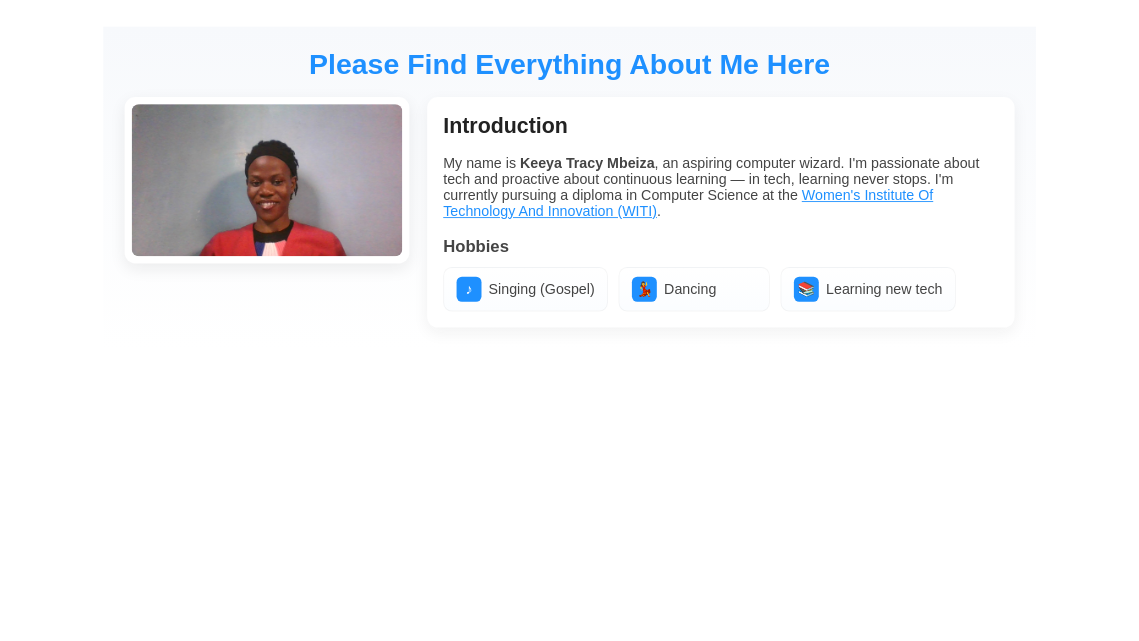
Repository: tracykeeya/my_first_web
Page: index.html
An editor plug-in stored every save of this project. The page is shown before and after the next save, followed by the edit.
The browser window is 1280 px wide. The pictures show the whole page, at 89% of full size.

Above is the page before, as saved 2025-11-03 10:26:54.

### index.html
<!DOCTYPE html>
<html lang="en">
<head>
    <meta charset="UTF-8">
    <meta name="viewport" content="width=device-width, initial-scale=1.0">
    <title>My First Web Page</title>
    <!-- Inline-only CSS requirement: styles were moved to element attributes -->
</head>
<body>
    <div style="max-width:1000px;margin:30px auto;padding:24px;background:linear-gradient(180deg,#f7f9fc,#ffffff);font-family:Arial,Helvetica,sans-serif;color:#444;">
        <header>
            <h1 style="margin:0 0 18px 0;text-align:center;color:#1e90ff;font-size:32px;">Please Find Everything About Me Here</h1>
        </header>

        <section style="display:grid;grid-template-columns:320px 1fr;gap:20px;align-items:start;">
            <div style="background:#fff;border-radius:12px;padding:8px;box-shadow:0 6px 18px rgba(30,30,30,0.08);text-align:center;">
                <!-- local image file Tracy.jpg in the project root -->
                <img src="Tracy.jpg" alt="Tracy portrait" style="width:100%;height:auto;border-radius:8px;display:block;">
            </div>

            <div style="background:#fff;padding:18px;border-radius:12px;box-shadow:0 6px 18px rgba(30,30,30,0.06);">
                <h2 style="margin-top:0;color:#222;">Introduction</h2>
                <p>My name is <strong>Keeya Tracy Mbeiza</strong>, an aspiring computer wizard. I'm passionate about tech and proactive about continuous learning — in tech, learning never stops. I'm currently pursuing a diploma in Computer Science at the <a href="https://www.witi.ac.ug/" target="_blank" rel="noopener" style="color:#1e90ff;">Women's Institute Of Technology And Innovation (WITI)</a>.</p>

                <h3 style="margin-bottom:8px;">Hobbies</h3>
                <div aria-label="list of hobbies" style="margin-top:12px;display:flex;gap:12px;flex-wrap:wrap;">
                    <div style="background:linear-gradient(180deg,#fff,#fbfdff);border:1px solid rgba(0,0,0,0.04);padding:10px 14px;border-radius:10px;display:flex;gap:8px;align-items:center;min-width:140px;">
                        <span style="width:28px;height:28px;display:inline-grid;place-items:center;background:#1e90ff;color:white;border-radius:6px;font-weight:bold;">♪</span>
                        <span>Singing (Gospel)</span>
                    </div>

                    <div style="background:linear-gradient(180deg,#fff,#fbfdff);border:1px solid rgba(0,0,0,0.04);padding:10px 14px;border-radius:10px;display:flex;gap:8px;align-items:center;min-width:140px;">
                        <span style="width:28px;height:28px;display:inline-grid;place-items:center;background:#1e90ff;color:white;border-radius:6px;font-weight:bold;">💃</span>
                        <span>Dancing</span>
                    </div>

                    <div style="background:linear-gradient(180deg,#fff,#fbfdff);border:1px solid rgba(0,0,0,0.04);padding:10px 14px;border-radius:10px;display:flex;gap:8px;align-items:center;min-width:140px;">
                        <span style="width:28px;height:28px;display:inline-grid;place-items:center;background:#1e90ff;color:white;border-radius:6px;font-weight:bold;">📚</span>
                        <span>Learning new tech</span>
                    </div>
                </div>
            </div>
        </section>
    </div>

</body>
</html>

After the next save:
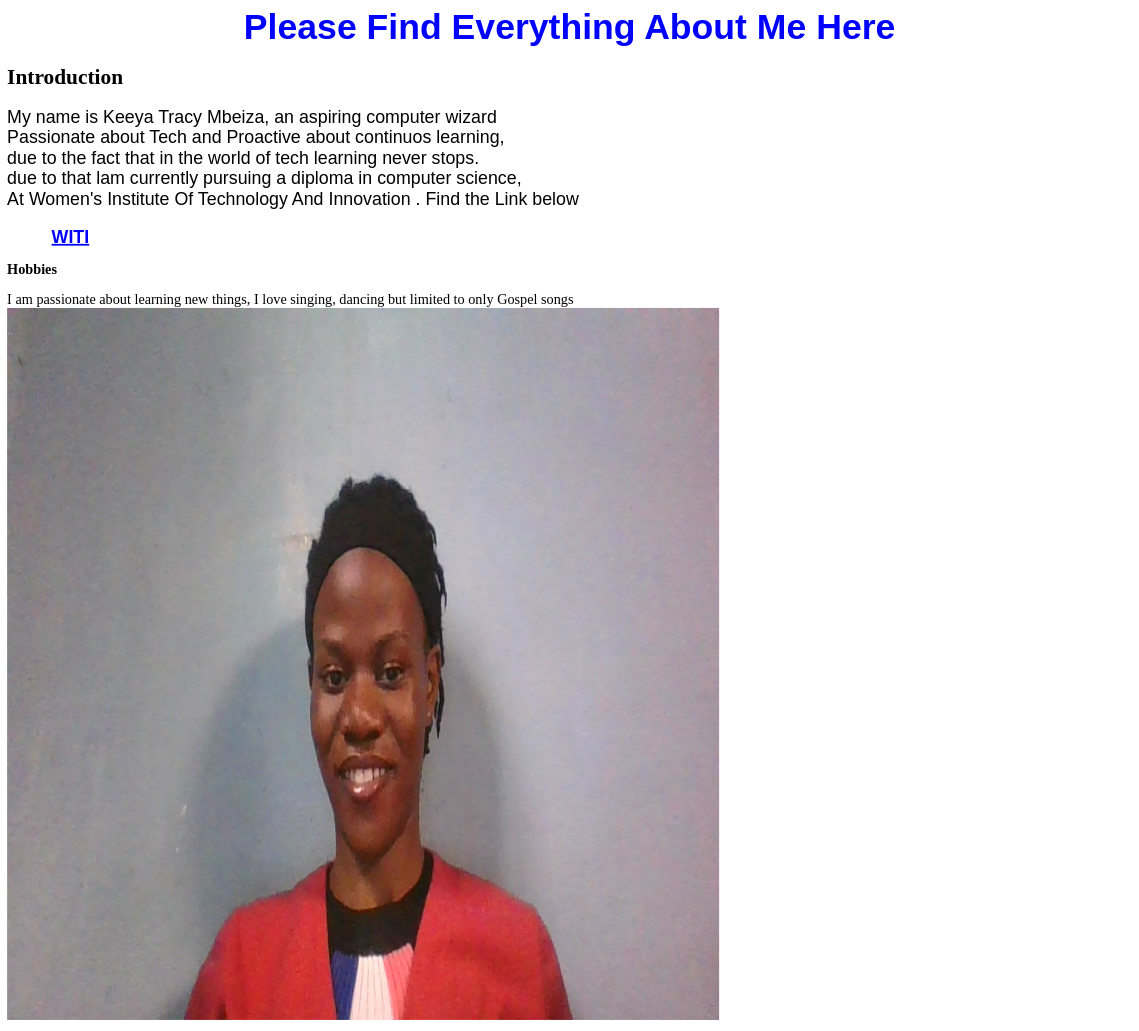
Saved 3 min 32 s later.
--- a/index.html
+++ b/index.html
@@ -4,44 +4,22 @@
     <meta charset="UTF-8">
     <meta name="viewport" content="width=device-width, initial-scale=1.0">
     <title>My First Web Page</title>
-    <!-- Inline-only CSS requirement: styles were moved to element attributes -->
 </head>
 <body>
-    <div style="max-width:1000px;margin:30px auto;padding:24px;background:linear-gradient(180deg,#f7f9fc,#ffffff);font-family:Arial,Helvetica,sans-serif;color:#444;">
-        <header>
-            <h1 style="margin:0 0 18px 0;text-align:center;color:#1e90ff;font-size:32px;">Please Find Everything About Me Here</h1>
-        </header>
+    <h1 style="margin: 0 auto; text-align: center; color: blue; font-size: 40px; font-family: Arial, Helvetica, sans-serif;">Please Find Everything About Me Here</h1>
+    <h2>Introduction</h2>
 
-        <section style="display:grid;grid-template-columns:320px 1fr;gap:20px;align-items:start;">
-            <div style="background:#fff;border-radius:12px;padding:8px;box-shadow:0 6px 18px rgba(30,30,30,0.08);text-align:center;">
-                <!-- local image file Tracy.jpg in the project root -->
-                <img src="Tracy.jpg" alt="Tracy portrait" style="width:100%;height:auto;border-radius:8px;display:block;">
-            </div>
+    <p style="font-size: 20px; font-family: Arial, Helvetica, sans-serif; text-align: left; color: rgb(0, 0, 0)">My name is Keeya Tracy Mbeiza, an aspiring computer wizard<br>Passionate about Tech and Proactive about continuos learning,<br> due to the fact that in the world of tech learning never stops.<br> due to that lam currently pursuing a diploma in computer science,<br>
+        At Women's Institute Of Technology And Innovation . Find the Link below </br></p>
+    <a href="https://www.witi.ac.ug/" style="position: relative; left: 50px; color: rgb(0, 0, 255); font-size: 20px; font-family: Arial, Helvetica, sans-serif"><b>WITI</b></a>
 
-            <div style="background:#fff;padding:18px;border-radius:12px;box-shadow:0 6px 18px rgba(30,30,30,0.06);">
-                <h2 style="margin-top:0;color:#222;">Introduction</h2>
-                <p>My name is <strong>Keeya Tracy Mbeiza</strong>, an aspiring computer wizard. I'm passionate about tech and proactive about continuous learning — in tech, learning never stops. I'm currently pursuing a diploma in Computer Science at the <a href="https://www.witi.ac.ug/" target="_blank" rel="noopener" style="color:#1e90ff;">Women's Institute Of Technology And Innovation (WITI)</a>.</p>
+    <p><b>Hobbies</b></p>
+    I am passionate about learning new things,
+    I love singing, dancing but limited to only Gospel songs
 
-                <h3 style="margin-bottom:8px;">Hobbies</h3>
-                <div aria-label="list of hobbies" style="margin-top:12px;display:flex;gap:12px;flex-wrap:wrap;">
-                    <div style="background:linear-gradient(180deg,#fff,#fbfdff);border:1px solid rgba(0,0,0,0.04);padding:10px 14px;border-radius:10px;display:flex;gap:8px;align-items:center;min-width:140px;">
-                        <span style="width:28px;height:28px;display:inline-grid;place-items:center;background:#1e90ff;color:white;border-radius:6px;font-weight:bold;">♪</span>
-                        <span>Singing (Gospel)</span>
-                    </div>
 
-                    <div style="background:linear-gradient(180deg,#fff,#fbfdff);border:1px solid rgba(0,0,0,0.04);padding:10px 14px;border-radius:10px;display:flex;gap:8px;align-items:center;min-width:140px;">
-                        <span style="width:28px;height:28px;display:inline-grid;place-items:center;background:#1e90ff;color:white;border-radius:6px;font-weight:bold;">💃</span>
-                        <span>Dancing</span>
-                    </div>
-
-                    <div style="background:linear-gradient(180deg,#fff,#fbfdff);border:1px solid rgba(0,0,0,0.04);padding:10px 14px;border-radius:10px;display:flex;gap:8px;align-items:center;min-width:140px;">
-                        <span style="width:28px;height:28px;display:inline-grid;place-items:center;background:#1e90ff;color:white;border-radius:6px;font-weight:bold;">📚</span>
-                        <span>Learning new tech</span>
-                    </div>
-                </div>
-            </div>
-        </section>
-    </div>
+    <!-- <img src="https://www.witi.ac.ug/wp-content/uploads/2020/08/WhatsApp-Image-2020-08-14-at-11.16.16-AM.jpeg" alt=""> -->
+    <img src="/Tracy.jpg " alt="" width="800" height="800";>
 
 </body>
 </html>
